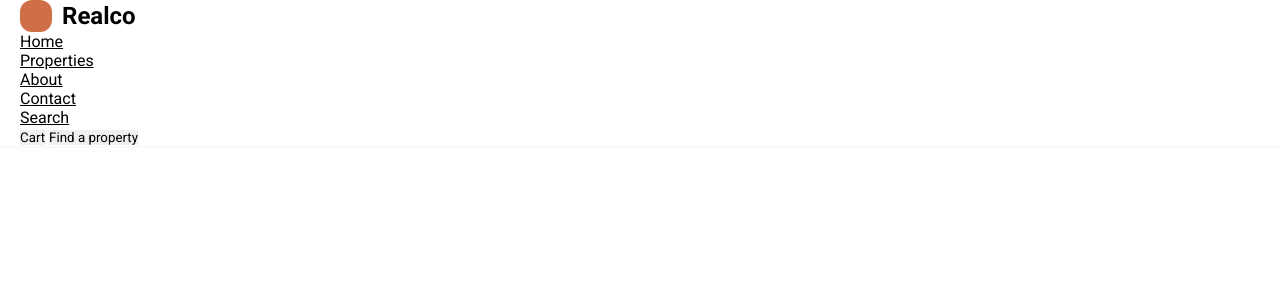
Repository: bek77g/realco
Page: index.html
An editor plug-in stored every save of this project. The page is shown before and after the next save, followed by the edit.
The browser window is 1280 px wide. The pictures show the whole page.
The style sheet was rebuilt from its Sass, Less or Tailwind sources for each picture, by a compiler version that may differ from the author's.

Above is the page before, as saved 2023-04-13 20:53:27.

After the next save:
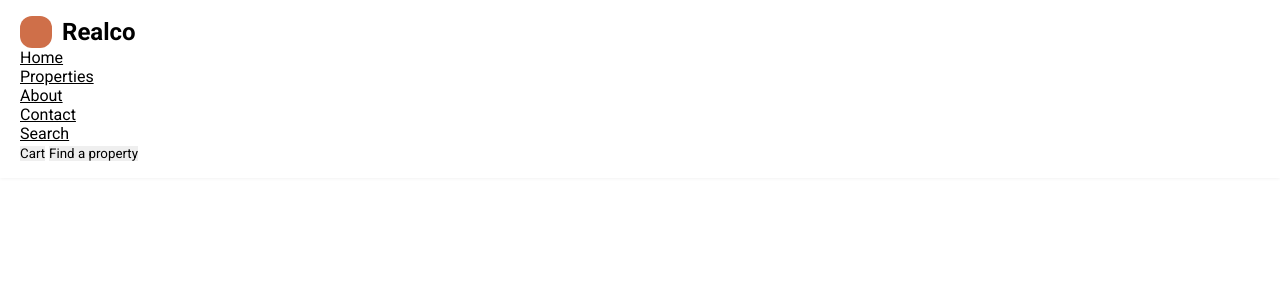
Saved 20 s later.
--- a/src/styles/_header.scss
+++ b/src/styles/_header.scss
@@ -1,4 +1,5 @@
 .header {
   background: #ffffff;
   box-shadow: 0px 0px 4px rgba(0, 0, 0, 0.08);
+  padding: 16px 0;
 }
